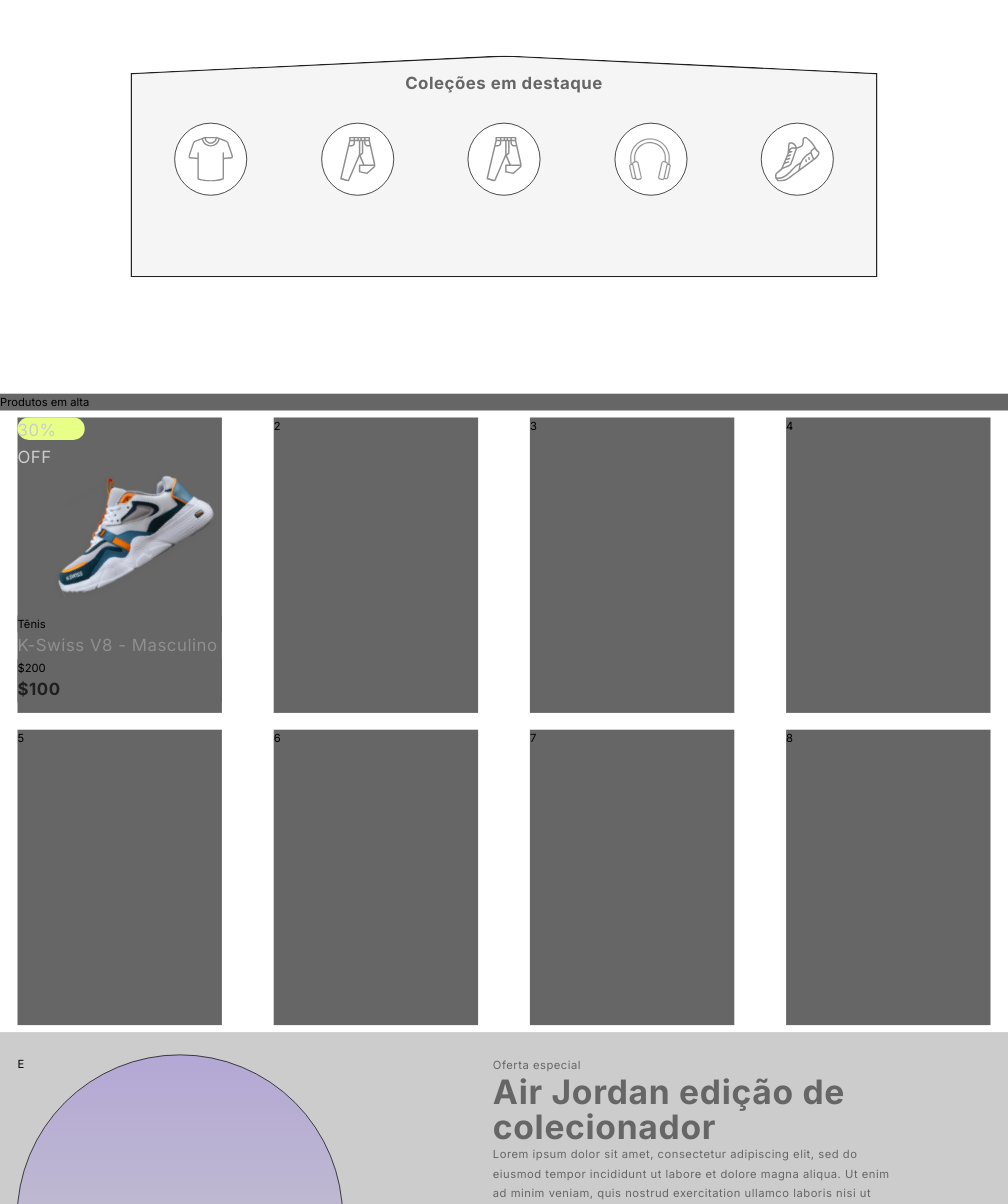
Repository: theophiloweb/landpage_disgital_store
Page: index.html
These files come from the project's save history. The page is drawn as it stood at one moment and after the next save; the edit follows.
The browser window is 1280 px wide. The page is 1440 px wide, so the pictures cover 1440 px, including what lies to the right of the window. The pictures show the part of the page from y = 1349 to 3069 px (the page is 3731 px tall), at 70% of full size.

Above is the page before, as saved 2025-04-25 10:24:03.

### index.html
<!DOCTYPE html>
<html lang="en">

<head>
  <meta charset="UTF-8" />
  <meta name="viewport" content="width=device-width, initial-scale=1.0" />
  <title>Document</title>
  <script src="https://cdn.jsdelivr.net/npm/@tailwindcss/browser@4"></script>
  <link rel="stylesheet" href="style.css" />
  <link rel="shortcut icon" href="./images/logo.svg" type="image/x-icon" />
</head>

<body>
  <!-- Container principal  -->
  <div class="container">
    <header>
      <div class="logotipo">
        <div class="logotipo_img">
          <img src="./images/logo.svg" alt="Logo" />
        </div>
        <div class="logotipo_text">
          <p>Digital Store</p>
        </div>
      </div>

      <div class="search_bar">
        <div class="search_bar_input">
          <div class="search-wrapper">
            <input type="text" placeholder="Pesquisar produtos" class="input_search" />
            <img src="./images/search.svg" alt="Ícone de busca" class="search-icon" />
          </div>
          <button type="button" class="button_login">Entrar</button>
          <img src="./images/buy0.svg" alt="buy" class="buy_icon" />
        </div>
      </div>
    </header>

    <nav>
      <ul class="nav_links">
        <li>Home</li>
        <li>Produtos</li>
        <li>Categorias</li>
        <li>Meus Pedidos</li>
      </ul>

      <p class="nav_empty"></p>
    </nav>

    <main>
      <aside>
        <section class="slideshow">
          <div class="slideshow_text">
            <p class="slideshow_text1">Melhores ofertas personalizadas</p>
            <h1 class="slideshow_text2">Queima de Estoque Nike 🔥</h1>
            <p class="slideshow_text3">
              Consequat culpa exercitation mollit nisi excepteur do do tempor
              laboris eiusmod irure consectetur.
            </p>
          </div>

          <div class="slideshow_img">
            <img src="./images/tenis.svg" alt="tenis_rotate" />
          </div>
        </section>

        <!-- SVG Teste
        <div class="teste">
          <svg xmlns="http://www.w3.org/2000/svg" width="1069" height="319" viewBox="0 0 1069 319" fill="none">
            <path d="M0.5 318V25L528 0.5L1068 25V318H0.5Z" stroke="black" />
          </svg>
          <p class="">Olá Mundo</p>
        </div>
        -->

        <section class="title_featured_collection">
          <div>
            <p>Coleções em destaque</p>
          </div>
        </section>

        <section class="featured_collection">

          <div class="boxs_featured_collection_img">
            <button>30% OFF</button>
            <h1>Novo drop Supreme</h1>
            <button>Comprar</button>
            <img src="./images/features_colletion_img1.png" class="img1" alt="" srcset="">
          </div>

          <div class="boxs_featured_collection_img">
            <button>30% OFF</button>
            <h1>Novo drop Supreme</h1>
            <button>Comprar</button>
            <img src="./images/features_colletion_img2.png" class="img2" alt="" srcset="">
          </div>

          <div class="boxs_featured_collection_img">
            <button>30% OFF</button>
            <h1>Novo drop Supreme</h1>
            <button>Comprar</button>
            <img src="./images/features_colletion_img3.png" class="img3" alt="" srcset="">
          </div>
        </section>

        <section class="featured_collection_2">
          <div class="featured_collection_2_box1">
            <div class="featured_collection_2_box2">
              <p>Coleções em destaque</p>
              <div class="featured_collection_2_icons">
                <div class="icon1"><img src="./images/ico1.svg" alt="" srcset=""></div>
                <div class="icon2"><img src="./images/ico2.svg" alt="" srcset=""></div>
                <div class="icon3"><img src="./images/ico3.svg" alt="" srcset=""></div>
                <div class="icon4"><img src="./images/ico4.svg" alt="" srcset=""></div>
                <div class="icon5"><img src="./images/ico5.svg" alt="" srcset=""></div>
              </div>
            </div>
          </div>
        </section>

        <section class="trending_products">
          <p>Produtos em alta</p>
          <div class="boxs_trending_products">
            <div>
              <p>30% OFF</p>
              <img src="./images/layer-1-aa-2.svg" alt="" srcset="">
              <p>Tênis</p>
              <h3>K-Swiss V8 - Masculino</h3>
              <p class="normal_value">$200</p>
              <p class="value_now">$100</p>
            </div>
            <div>2</div>
            <div>3</div>
            <div>4</div>
            <div>5</div>
            <div>6</div>
            <div>7</div>
            <div>8</div>
          </div>
        </section>

        <section class="special_offer">
          <div class="special_offer_grp_img">
            <div class="elipse_special_offer">E</div>
          </div>

          <div class="special_offer_text">
            <p>Oferta especial</p>
            <h2>Air Jordan edição de colecionador</h2>
            <p>
              Lorem ipsum dolor sit amet, consectetur adipiscing elit, sed do
              eiusmod tempor incididunt ut labore et dolore magna aliqua. Ut
              enim ad minim veniam, quis nostrud exercitation ullamco laboris
              nisi ut aliquip
            </p>
          </div>
        </section>
      </aside>
    </main>
  </div>
  <footer class="footer">
    <div class="logo_footer">Logo Footer</div>

    <div class="links_utils">
      <div class="information">Information</div>
      <div class="categories">Categories</div>
      <div class="contact">Contact</div>
    </div>
  </footer>
</body>

</html>

### style.css
@import url("https://fonts.googleapis.com/css2?family=Inter:ital,opsz,wght@0,14..32,100..900;1,14..32,100..900&family=Oswald:wght@200..700&family=Roboto:ital,wght@0,100..900;1,100..900&display=swap");

:root {
  --color-dark: #1f1f1f;
  --dark-gray-1: #474747;
  --dark-gray-2: #666666;
  --light-gray-1: #8f8f8f;
  --light-gray-2: #cccccc;
  --light-gray-3: #f5f5f5;
  --white: #ffffff;
  --primary: #c92071;
  --secundary: #b5b6f2;
  --tTertiary: #991956;
  --error: #ee4266;
  --success: #52ca76;
  --warning: #f6aa1c;
  --primary-g: linear-gradient(top, #c92071 0%, #edabca 100%);
  --secondary-g: linear-gradient(top, #b5b6f2 0%, #efefff 100%);
  --offset: 40px;
}

* {
  margin: 0;
  padding: 0;
  box-sizing: border-box;
  font-family: "Inter", sans-serif;
}

body {
  width: 100%;
  height: auto;
  display: grid;
  place-items: center;
  grid-template-columns: auto;
  grid-template-rows: auto;
}

.container {
  margin-top: 10px;
  display: grid;
  grid-template-rows: 1fr;
  place-items: center;
  max-width: 1440px;
  gap: 5px;
}

/* Header */
header {
  display: flex;
  gap: 10px;
  justify-content: center;
  border: 2px groove var(--color-dark);
  width: 1440px;
  height: 192px;
}

.logotipo {
  display: flex;
  gap: 10px;
  justify-content: space-around;
  align-items: center;
}

.logotipo_img {
  width: 33px;
  height: 33px;
}

.logotipo_text {
  font-size: 36.4px;
  font-family: "Inter";
  font-weight: 600;
  color: rgba(201, 32, 113, 1);
}

.search_bar_input {
  margin-top: 60px;
  margin-left: 400px;
  display: flex;
  gap: 24px;
  justify-content: space-around;
  align-items: center;
}

.search-wrapper {
  display: flex;
  align-items: center;
  gap: 0.5rem;
}

.input_search {
  background: var(--white);
  border-radius: 8px;
  opacity: 9;
  width: 400px;
  height: 60px;
}

.search_icon {
  position: absolute;

  color: var(--dark-gray-2);
  left: -50px;
}

.button_login {
  width: 114px;
  height: 40px;
  color: var(--light-gray-3, #f5f5f5);
  text-align: center;
  font-family: "Inter", sans-serif;
  font-size: 16px;
  font-weight: 700;
  background-color: var(--tTertiary);
  padding: 10px;
  border-radius: 10px;
}

.buy_icon {
  margin-left: 69px;
}

/* Section Central Nav */
nav {
  display: grid;
  grid-template-columns: repeat(8, 1fr);
  grid-template-rows: 1fr;
  width: 1440px;
  height: 50px;
}

.nav_links {
  list-style: none;
  grid-column: 2 / 6;
}

.nav_links li {
  display: inline-block;
  padding: 5px 20px;
  color: var(--color-dark);
}

.nav_empty {}

/* Section Central Slideshow */
.slideshow {
  display: grid;
  gap: 10px;
  grid-template-columns: repeat(2, 1fr);
  align-items: center;
  border: 2px groove var(--color-dark);
  max-width: 1440px;
  height: 681px;
  background-color: var(--light-gray-3);
}

.slideshow_text {
  margin-left: 100px;
  word-spacing: 2px;
}

.slideshow_text1 {
  font-size: 16px;
  font-family: "Inter";
  font-weight: 700;
  color: rgba(246, 170, 28, 1);
}

.slideshow_text2 {
  font-size: 64px;
  font-family: "Inter";
  font-weight: 800;
  color: rgba(31, 31, 31, 1);
}

.slideshow_text3 {
  font-size: 18px;
  font-family: "Inter";
  font-weight: 400;
  color: rgba(71, 71, 71, 1);
}

/* Section Central featured_collection - Image */
.featured_collection {
  display: grid;
  grid-template-columns: repeat(3, 1fr);
  grid-template-rows: 330px;
  gap: 10px;
  border: 2px groove var(--color-dark);
}

/* Estilos para cada div dentro da coleção */
.featured_collection>div {
  position: relative;
  border-radius: 8px;
  background: #d8e3f2;
  overflow: hidden;
  /* Garante que qualquer conteúdo (como imagem) que ultrapasse o limite da div seja escondido */
}

.title_featured_collection {
  color: var(--dark-gray-2, #474747);
  font-feature-settings: "liga" off, "clig" off;
  font-family: Inter;
  font-size: 24px;
  font-style: normal;
  font-weight: 700;
  line-height: 38px;
  letter-spacing: 0.75px;
  padding: 10px;
}

/* Ajustes de z-index para as divs */
.featured_collection>div:nth-of-type(1) {
  z-index: 1;
}

.featured_collection>div:nth-of-type(2) {
  z-index: 2;
}

.featured_collection>div:nth-of-type(3) {
  z-index: 3;
}

.featured_collection>div button:nth-of-type(1) {
  margin-top: 34px;
  padding: 15px 15px;
  width: 120px;
  height: 50px;
  border-radius: 29px;
  background: #e7ff86;
  color: var(--dark-gray-2, #474747);
  font-feature-settings: "liga" off, "clig" off;
  font-family: Inter;
  font-size: 14px;
  font-style: normal;
  font-weight: 700;
  line-height: 22px;
  /* 157.143% */
  letter-spacing: 0.75px;
  position: relative;
  /* Torna o z-index dos botões válido */
  z-index: 2;
  /* Coloca os botões à frente da imagem */
}

.featured_collection>div h1 {
  color: var(--dark-gray, #1f1f1f);
  font-feature-settings: "liga" off, "clig" off;
  font-family: Inter;
  font-size: 32px;
  font-style: normal;
  font-weight: 700;
  line-height: 36px;
  /* 112.5% */
  letter-spacing: 1px;
  margin-top: 10px;
  width: 172px;
  position: relative;
  /* Torna o z-index do texto válido */
  z-index: 2;
  /* Coloca o texto à frente da imagem */
}

.featured_collection>div button:nth-of-type(2) {
  width: 153px;
  height: 48px;
  flex-shrink: 0;
  color: var(--primary, #c92071);
  text-align: center;
  font-feature-settings: "liga" off, "clig" off;
  font-family: Inter;
  font-size: 16px;
  font-style: normal;
  font-weight: 700;
  line-height: 24px;
  /* 150% */
  letter-spacing: 0.75px;
  background-color: var(--white);
  margin-top: 20px;
  position: relative;
  /* Torna o z-index dos botões válido */
  z-index: 2;
  /* Coloca os botões à frente da imagem */
  border-radius: 10px;
}

/* Estilos para a imagem dentro das divs */
.boxs_featured_collection_img .img1 {
  position: absolute;
  /* Permite mover a imagem livremente dentro da div */
  top: 110px;
  /* Ajuste da posição da imagem */
  left: 200px;
  /* Ajuste da posição da imagem */
  width: 80%;
  transform: rotate(-20.783deg) scale(1.5);
  /* Rota a imagem */
  object-fit: cover;
  /* Faz com que a imagem cubra a div sem distorcer */
  object-position: center;
  /* Centraliza a imagem dentro da div */
  z-index: 0;
  /* Coloca a imagem atrás do conteúdo da div */
}

/* Estilos para a imagem dentro das divs */
.boxs_featured_collection_img .img2 {
  position: absolute;
  /* Permite mover a imagem livremente dentro da div */
  top: 0px;
  /* Ajuste da posição da imagem */
  left: 160px;
  /* Ajuste da posição da imagem */
  width: 60%;
  transform: rotate(-0deg) scale(1.5);
  /* Rota a imagem */
  object-fit: cover;
  /* Faz com que a imagem cubra a div sem distorcer */
  object-position: center;
  /* Centraliza a imagem dentro da div */
  /* Coloca a imagem atrás do conteúdo da div */
}

/* Estilos para a imagem dentro das divs */
.boxs_featured_collection_img .img3 {
  position: absolute;
  /* Permite mover a imagem livremente dentro da div */
  top: 50px;
  /* Ajuste da posição da imagem */
  left: 260px;
  /* Ajuste da posição da imagem */
  width: 50%;
  transform: rotate(38deg) scale(1.5);
  /* Rota a imagem */
  object-fit: cover;
  /* Faz com que a imagem cubra a div sem distorcer */
  object-position: center;
  /* Centraliza a imagem dentro da div */
}

/* Section Central featured_collection 2 */
.featured_collection_2 {
  display: flex;
  justify-content: center;
  max-width: 1440px;
}

.featured_collection_2_box1 {
  width: 1067.5px;
  height: 317.5px;
  position: relative;
  display: flex;
  justify-content: center;
  align-items: center;
  box-sizing: border-box;
  margin: 92.5px 0 156px 0;
}

.featured_collection_2_box2 {
  width: 1067.5px;
  height: 317.5px;
  border-radius: 0;
  position: relative;
  overflow: hidden;
  background: none;
  -webkit-clip-path: polygon(0% 8%, 50% 0%, 100% 8%, 100% 100%, 0% 100%);
  clip-path: polygon(0% 8%, 50% 0%, 100% 8%, 100% 100%, 0% 100%);
  box-sizing: border-box;
}

.featured_collection_2_box2::before {
  content: "";
  position: absolute;
  top: 0;
  left: 0;
  width: 100%;
  height: 100%;
  background-color: var(--color-dark);
  -webkit-clip-path: polygon(0% 8%, 50% 0%, 100% 8%, 100% 100%, 0% 100%);
  clip-path: polygon(0% 8%, 50% 0%, 100% 8%, 100% 100%, 0% 100%);
  z-index: 1;
}

.featured_collection_2_box2::after {
  content: "";
  position: absolute;
  top: 2px;
  left: 2px;
  width: calc(100% - 4px);
  height: calc(100% - 4px);
  background-color: var(--light-gray-3);
  -webkit-clip-path: polygon(0% 8%, 50% 0%, 100% 8%, 100% 100%, 0% 100%);
  clip-path: polygon(0% 8%, 50% 0%, 100% 8%, 100% 100%, 0% 100%);
  z-index: 2;
}

.featured_collection_2_box2 p {
  position: relative;
  z-index: 3;
  color: rgb(37, 17, 17);
  padding: 20px;
  text-align: center;
  color: var(--dark-gray-2, #474747);
  font-feature-settings: "liga" off, "clig" off;
  font-family: Inter;
  font-size: 24px;
  font-style: normal;
  font-weight: 700;
  line-height: 38px;
  /* 158.333% */
  letter-spacing: 0.75px;
}

/*
.teste {
  position: relative;

  width: 1069px;
  height: 319px;
  z-index: 2;
}

svg {
  position: absolute;
  z-index: 1;
  background-color: transparent;
}

.teste p {
  position: absolute;
  top: 100px;
  left: 100px;
}
*/

.featured_collection_2_icons {
  display: grid;
  grid-template-columns: repeat(5, 1fr);
  justify-items: center;
  align-items: center;
  color: #000;
  width: 100%;
  z-index: 4;
  position: absolute;
  bottom: 0;
  top: -20px;
  left: 0;
  width: 100%;
  padding: 10px;
}

.featured_collection_2_icons>div {
  width: 104px;
  height: 104px;
  border-radius: 50%;
  background-color: var(--white);
  display: flex;
  /* Para centralizar o número dentro do círculo */
  justify-content: center;
  /* Centraliza horizontalmente */
  align-items: center;
  /* Centraliza verticalmente */
  font-size: 2em;
  /* Exemplo: tamanho do número */
  color: #000;
  /* Exemplo: cor do número para contraste */
  border: 1px solid #000;
  /* Adiciona uma borda para melhor visualização */
}

/* trending_products */

.trending_products {
  margin-top: 10px;
  display: flex;
  flex-direction: column;
}

.trending_products p {
  background-color: var(--dark-gray-2);
}

.boxs_trending_products {
  margin-top: 10px;
  display: grid;
  grid-template-columns: repeat(4, 1fr);
  grid-template-rows: repeat(2, 1fr);
  gap: 24px;
  justify-items: center;
  align-items: stretch;
}

.boxs_trending_products div:nth-last-of-type(-n+8) {
  background-color: var(--dark-gray-2);
  width: 292px;
  height: 422px;

}

.boxs_trending_products div:nth-last-of-type(-n+8) p:first-child {
  width: 96px;
  height: 32px;
  border-radius: 29px;
  background: #E7FF86;
}

.boxs_trending_products div:nth-last-of-type(1) img {
  text-align: center;
  width: 248px;
  height: 134px;
  transform: rotate(-30deg);
}

.boxs_trending_products div:nth-last-of-type(-n+8) p:last-child {
  color: #8F8F8F;
  font-feature-settings: 'liga' off, 'clig' off;
  font-family: Inter;
  font-size: 12px;
  font-style: normal;
  font-weight: 700;
  line-height: 24px;
  letter-spacing: 0.75px;
}

.boxs_trending_products div:nth-last-of-type(-n+8) h3 {
  color: var(--light-gray, #8F8F8F);
  font-feature-settings: 'liga' off, 'clig' off;
  font-family: Inter;
  font-size: 24px;
  font-style: normal;
  font-weight: 400;
  line-height: 38px;
  /* 158.333% */
  letter-spacing: 0.75px;
}

.boxs_trending_products div:nth-last-of-type(-n+8) p:first-child {
  color: var(--light-gray-2, #8F8F8F);
  font-feature-settings: 'liga' off, 'clig' off;
  font-family: Inter;
  font-size: 24px;
  font-style: normal;
  font-weight: 400;
  line-height: 38px;
  /* 158.333% */
  letter-spacing: 0.75px;
}

.boxs_trending_products div:nth-last-of-type(-n+8) p:last-child {
  color: var(--dark-gray, #1F1F1F);
  font-feature-settings: 'liga' off, 'clig' off;
  font-family: Inter;
  font-size: 24px;
  font-style: normal;
  font-weight: 700;
  line-height: 38px;
  /* 158.333% */
  letter-spacing: 0.75px;
}



/* Section Central special_offer */

.special_offer {
  display: flex;
  gap: 99px;
  justify-content: space-around;
  max-width: 1440px;
  margin-top: 10px;
  background-color: var(--light-gray-2);
  height: 553px;
  flex-shrink: 0;
}

.special_offer_grp_img {
  width: 573px;
  height: 330px;
  /*background: url(./images/Laye\ 1.svg) var(--white) 100% / cover no-repeat; */
  background-color: var(--light-gray-2);
  margin: 32px 0 191px 20px;
}

.elipse_special_offer {
  width: 466px;
  height: 466px;
  flex-shrink: 0;
  border-radius: 466px;
  border: 1px solid #000;
  background: linear-gradient(180deg,
      rgba(66, 0, 255, 0.25) -40.67%,
      rgba(255, 255, 255, 0) 100%);
}

.special_offer_text {
  width: 573px;
  height: 330px;
  background-color: var(--light-gray-2);
  margin-top: 32px;
  margin-right: 159px;
}

.special_offer_text p {
  color: var(--primary, #c92071);
  font-feature-settings: "liga" off, "clig" off;
  font-family: Inter;
  font-size: 14px;
  font-style: normal;
  font-weight: 700;
  line-height: 22px;
  /* 157.143% */
  letter-spacing: 0.75px;
}

.special_offer_text h2 {
  color: var(--dark-gray-2, #474747);
  font-feature-settings: "liga" off, "clig" off;
  font-family: Inter;
  font-size: 48px;
  font-style: normal;
  font-weight: 700;
  line-height: 50px;
  /* 104.167% */
  letter-spacing: 1px;
}

.special_offer_text:last-child p {
  color: var(--dark-gray-2, #474747);
  font-feature-settings: "liga" off, "clig" off;
  font-family: Inter;
  font-size: 16px;
  font-style: normal;
  font-weight: 400;
  line-height: 28px;
  /* 175% */
  letter-spacing: 0.75px;
}

/* Footer */

footer {
  display: flex;
  gap: 205px;
  justify-content: center;
  justify-content: space-around;
  background-color: var(--dark-gray-2);
  width: 1440px;
  height: 454px;
  flex-shrink: 0;
  margin-top: -99px;
}

.logo_footer {
  width: 307px;
  height: 300px;
  background-color: var(--white);
  margin-top: 72px;
}

.links_utils {
  display: flex;
  gap: 10px;
  margin-top: 72px;
}

.information {
  width: 250px;
  height: 300px;
  background-color: var(--white);
}

.categories {
  width: 250px;
  height: 300px;
  background-color: var(--white);
}

.contact {
  width: 250px;
  height: 300px;
  background-color: var(--white);
}

After the next save:
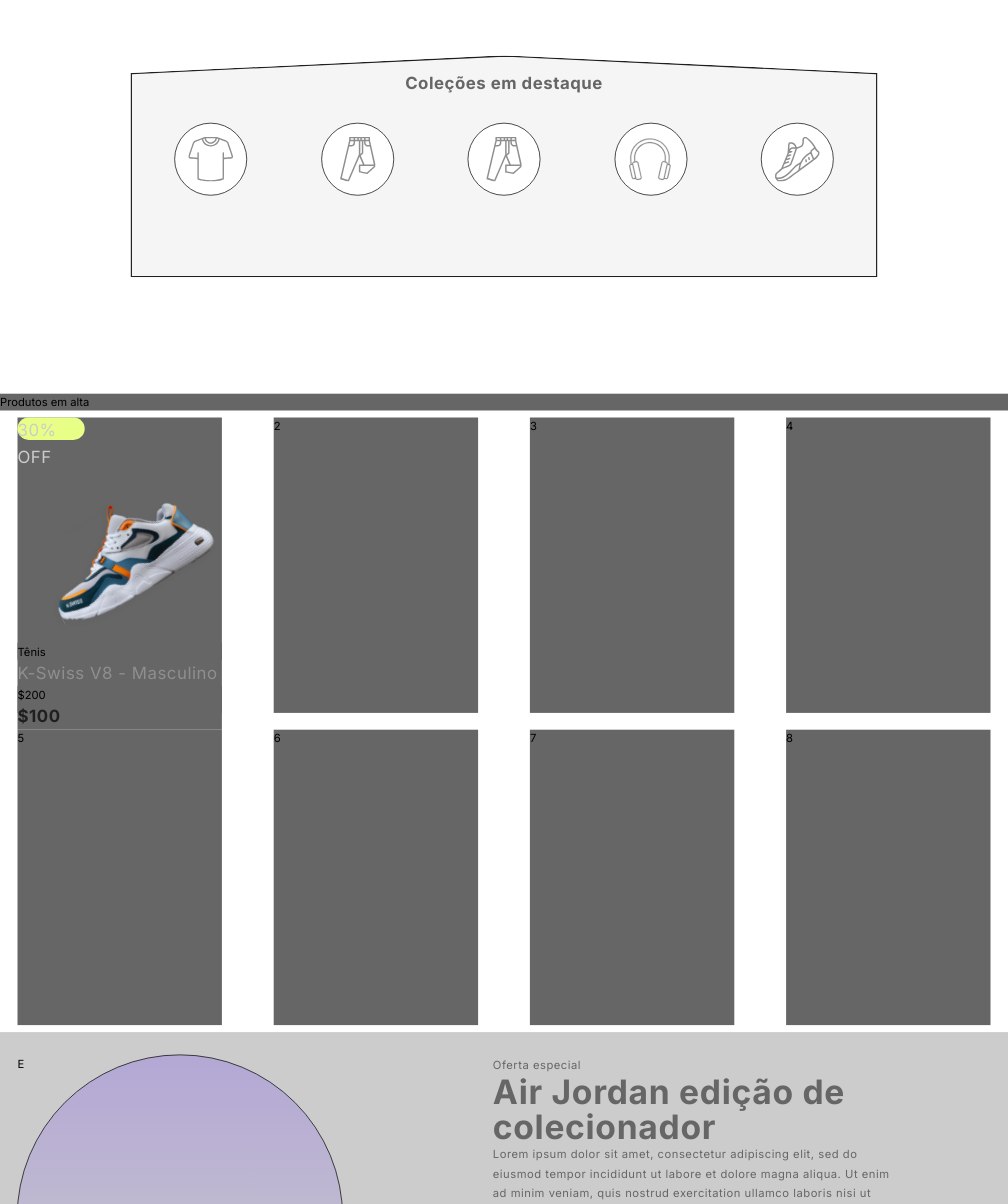
Saved 22 s later.
--- a/style.css
+++ b/style.css
@@ -544,8 +544,8 @@
   font-style: normal;
   font-weight: 400;
   line-height: 38px;
-  /* 158.333% */
-  letter-spacing: 0.75px;
+  letter-spacing: 0.75px;
+  display: inline-block;
 }
 
 .boxs_trending_products div:nth-last-of-type(-n+8) p:last-child {
